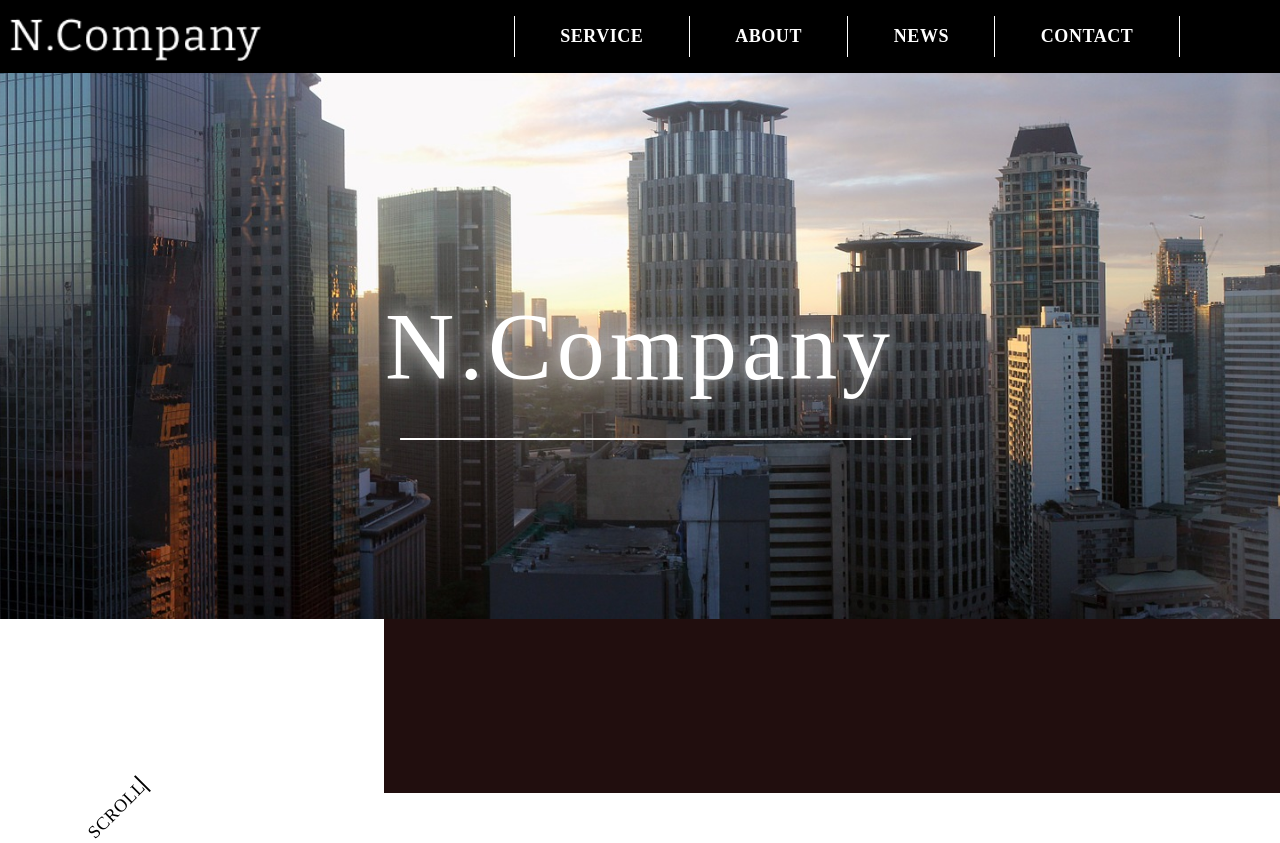
Repository: nozomi-23/hp2_test
Page: index.html
The author's editor kept a copy of each file at every save. The page is drawn from the files as they stood at one save, then again after the next save.
The browser window is 1280 px wide. The pictures show the whole page.
Some web fonts or font styles are not loaded; a fallback is used.

Above is the page before, as saved 2022-06-24 17:10:05.

After the next save:
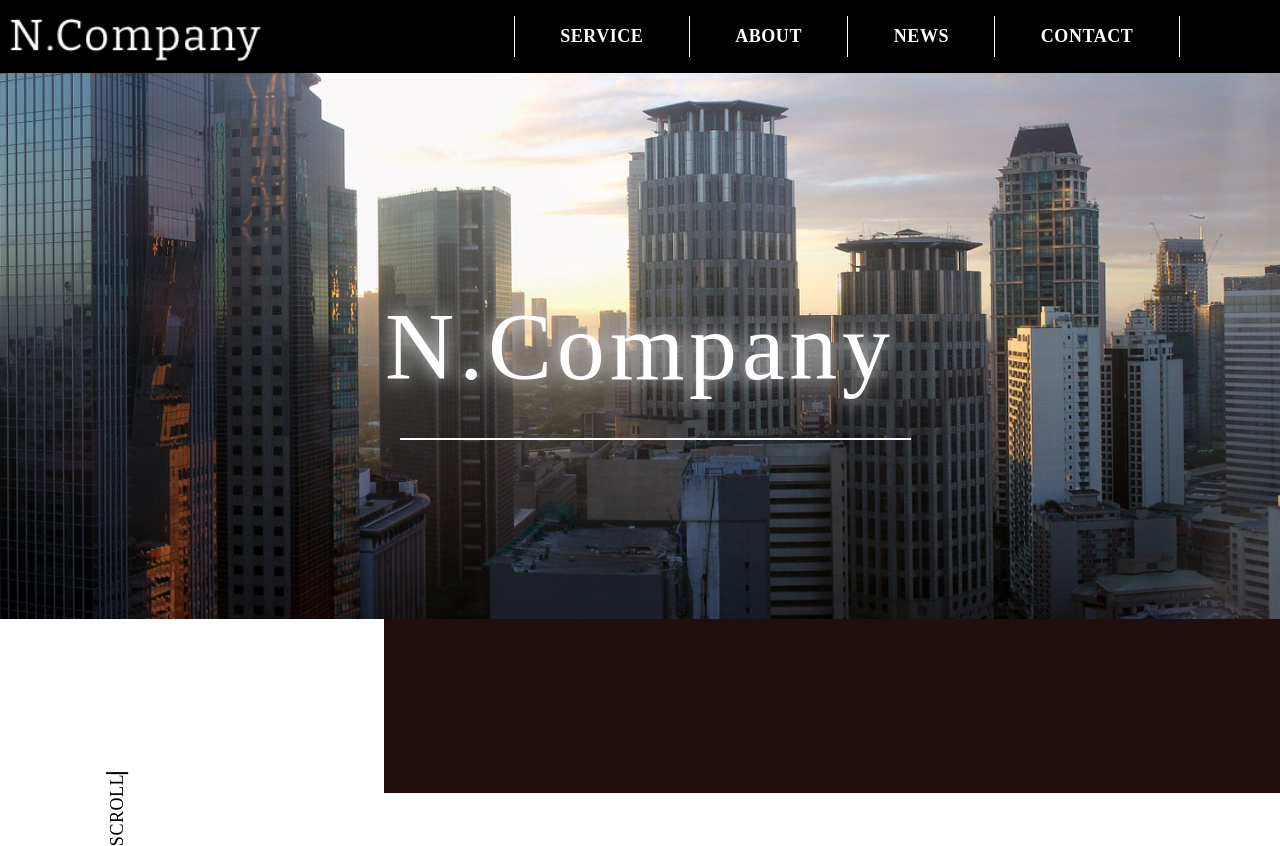
Saved 50 s later.
--- a/css/index.css
+++ b/css/index.css
@@ -56,7 +56,7 @@ fv
   position: absolute;
   top: 50rem;
   left: 5rem;
-  transform: rotate(-45deg);
+  transform: rotate(270deg);
 }
 
 .arrow_border::before {
